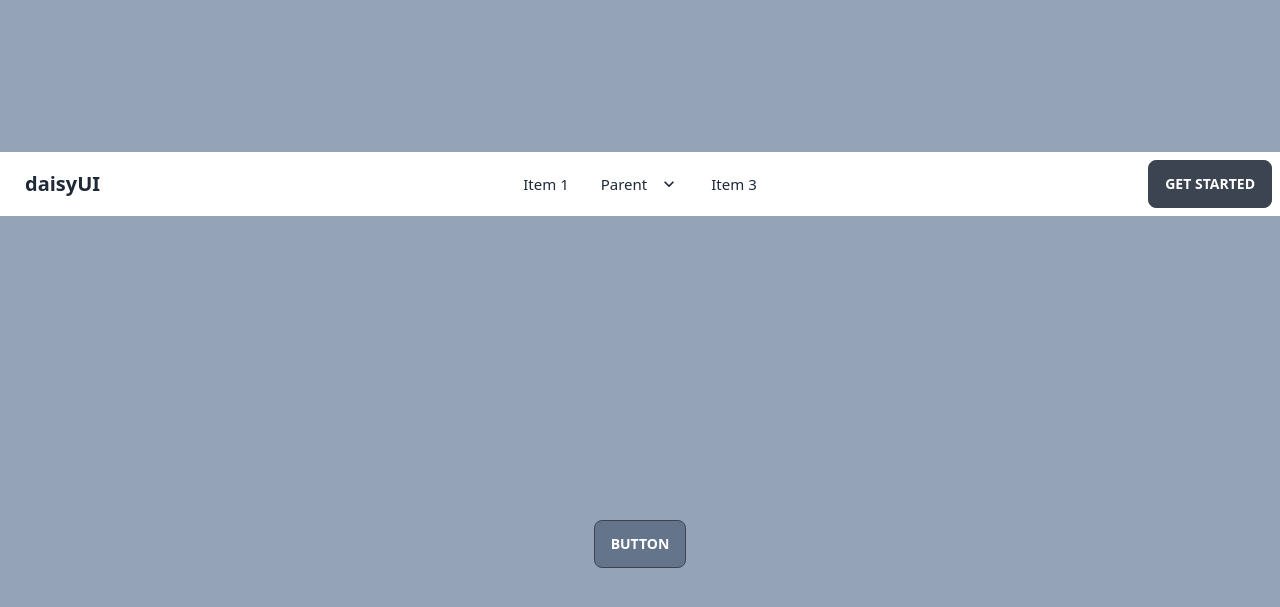
Repository: redlonely/Vue3_Playground
Page: /
The author's editor kept a copy of each file at every save. The page is drawn from the files as they stood at one save, then again after the next save.
The browser window is 1280 px wide. The pictures show the whole page.
The project was rebuilt for these pictures with package versions that can differ from the ones it lists, and the page was loaded fresh each time. Also part of the build but not shown: vite.config.ts, src/components/HelloWorld.vue, src/components/WelcomeItem.vue, src/components/icons/IconDocumentation.vue, src/components/icons/IconTooling.vue, src/components/icons/IconEcosystem.vue, src/components/icons/IconCommunity.vue, src/components/icons/IconSupport.vue and 1 more.

Above is the page before, as saved 2022-07-08 21:07:36.

### src/main.ts
import './assets/css/base.css'

import { createApp } from 'vue'
import { setupRouter } from './router'
import { setupStore } from './stores'
import App from './App.vue'
// 挂载
;(function setupApp() {
  const app = createApp(App)
  setupRouter(app)
  setupStore(app)
  app.mount('#app')
})()

### src/assets/css/base.css
@import url('./tailwindcss');

:root {
  --white: #ffffff;
}

*,
*::before,
*::after {
  margin: 0;
  box-sizing: border-box;
  font-weight: normal;
  position: relative;
}

body {
  min-height: 100vh;
  transition: color 0.5s, background-color 0.5s;
  line-height: 1.6;
  font-size: 15px;
  text-rendering: optimizeLegibility;
  -webkit-font-smoothing: antialiased;
  -moz-osx-font-smoothing: grayscale;
}

/* router view transition fade-slide */
.fade-slide-leave-active,
.fade-slide-enter-active {
  transition: all 0.3s;
}

.fade-slide-enter-from {
  opacity: 0;
  transform: translateX(-30px);
}

.fade-slide-leave-to {
  opacity: 0;
  transform: translateX(30px);
}

### src/router/index.ts
import type { App } from 'vue'
import { createRouter, createWebHistory } from 'vue-router'

import { setupRouterGuard } from './guard'
import { basicRoutes } from './routes'

// 创建路由对象
const router = createRouter({
  history: createWebHistory(import.meta.env.BASE_URL),
  routes: [],
})

// 挂载路由
export function setupRouter(app: App) {
  basicRoutes.forEach((route) => {
    !router.hasRoute(route.name) && router.addRoute(route)
  })
  app.use(router)
  setupRouterGuard(router)
}

### src/stores/index.ts
import type { App } from 'vue'
import { createPinia } from 'pinia'

import { useCounterStore } from './actions/counter'

export { useCounterStore }

export function setupStore(app: App) {
  app.use(createPinia())
}

### src/App.vue
<script setup lang="ts">
import { RouterView } from 'vue-router'
</script>

<template>

  <n-loading-bar-provider>
    <n-message-provider>
      <header>
      </header>
      <RouterView v-slot="{ Component }">
        <transition name="fade-slide">
          <component :is="Component" />
        </transition>
      </RouterView>
    </n-message-provider>
  </n-loading-bar-provider>
</template>

<style>
</style>

### src/assets/css/tailwindcss.css
@import url('tailwindcss/base');
@import url('tailwindcss/components');
@import url('tailwindcss/utilities');

### src/router/guard/index.ts
import { titleObserver } from './pageTitleObserver'
import type { Router } from 'vue-router'

export function setupRouterGuard(router: Router) {
  titleObserver(router)
  // createPermissionGuard(router)
  // createPageTitleGuard(router)
}

### src/router/routes/index.ts
export const basicRoutes = [
  {
    path: '/',
    component:() => import('@/views/HomeView.vue')
  },
  {
    name: "404",
    path: "/404",
    component: () => import("@/views/error.vue"),
    meta: {
      title: "Page 404",
    },
  },
];

### src/router/guard/pageTitleObserver.ts
import type { Router } from 'vue-router'

// const baseTitle = import.meta.env.dev.VITE_APP_TITLE
// console.log(import.meta)
// 监测页面改变，标签标题改变，
export function titleObserver(router: Router) {
  router.afterEach((to) => {
    const title = to.meta?.title
    if (title) {
      document.title = `${title} | ${''}`
    }
  })
}

### src/views/HomeView.vue
<script setup lang="ts">

import { useLoadingBar, useMessage } from 'naive-ui'
import { onMounted } from 'vue';

const $loadingBar = useLoadingBar()
const $message = useMessage()

onMounted(() => {
  $message.success('组件加载完毕', { closable: true, duration: 3000 })
})

const handelClick = () => {
  $message.success('成功')
  $loadingBar.start()
  setTimeout(() => {
    $loadingBar.finish()
  }, 2000);
}



</script>

<template>
  <div id="home" class="h-screen bg-slate-400 grid place-items-center">

    <div class="navbar bg-base-100">
      <div class="navbar-start">
        <div class="dropdown">
          <label tabindex="0" class="btn btn-ghost lg:hidden">
            <svg xmlns="http://www.w3.org/2000/svg" class="h-5 w-5" fill="none" viewBox="0 0 24 24"
              stroke="currentColor">
              <path stroke-linecap="round" stroke-linejoin="round" stroke-width="2" d="M4 6h16M4 12h8m-8 6h16" />
            </svg>
          </label>
          <ul tabindex="0" class="menu menu-compact dropdown-content mt-3 p-2 shadow bg-base-100 rounded-box w-52">
            <li><a>Item 1</a></li>
            <li tabindex="0">
              <a class="justify-between">
                Parent
                <svg class="fill-current" xmlns="http://www.w3.org/2000/svg" width="24" height="24" viewBox="0 0 24 24">
                  <path d="M8.59,16.58L13.17,12L8.59,7.41L10,6L16,12L10,18L8.59,16.58Z" />
                </svg>
              </a>
              <ul class="p-2">
                <li><a>Submenu 1</a></li>
                <li><a>Submenu 2</a></li>
              </ul>
            </li>
            <li><a>Item 3</a></li>
          </ul>
        </div>
        <a class="btn btn-ghost normal-case text-xl">daisyUI</a>
      </div>
      <div class="navbar-center hidden lg:flex">
        <ul class="menu menu-horizontal p-0">
          <li><a>Item 1</a></li>
          <li tabindex="0">
            <a>
              Parent
              <svg class="fill-current" xmlns="http://www.w3.org/2000/svg" width="20" height="20" viewBox="0 0 24 24">
                <path d="M7.41,8.58L12,13.17L16.59,8.58L18,10L12,16L6,10L7.41,8.58Z" />
              </svg>
            </a>
            <ul class="p-2">
              <li><a>Submenu 1</a></li>
              <li><a>Submenu 2</a></li>
            </ul>
          </li>
          <li><a>Item 3</a></li>
        </ul>
      </div>
      <div class="navbar-end">
        <a class="btn">Get started</a>
      </div>
    </div>

    <button @click="handelClick" class="btn bg-slate-500">Button</button>
  </div>
</template>

### tailwind.config.js
/** @type {import('tailwindcss').Config} */
module.exports = {
  purge: ['./index.html', './src/**/*.{vue,js,ts,jsx,tsx}'],
  darkMode: false, // or 'media' or 'class'
  theme: {
    extend: {},
  },
  variants: {
    extend: {},
  },
  plugins: [require("daisyui")],
}

Loaded but not shown: index.html (common file); src/stores/actions/counter.ts (common file)

After the next save:
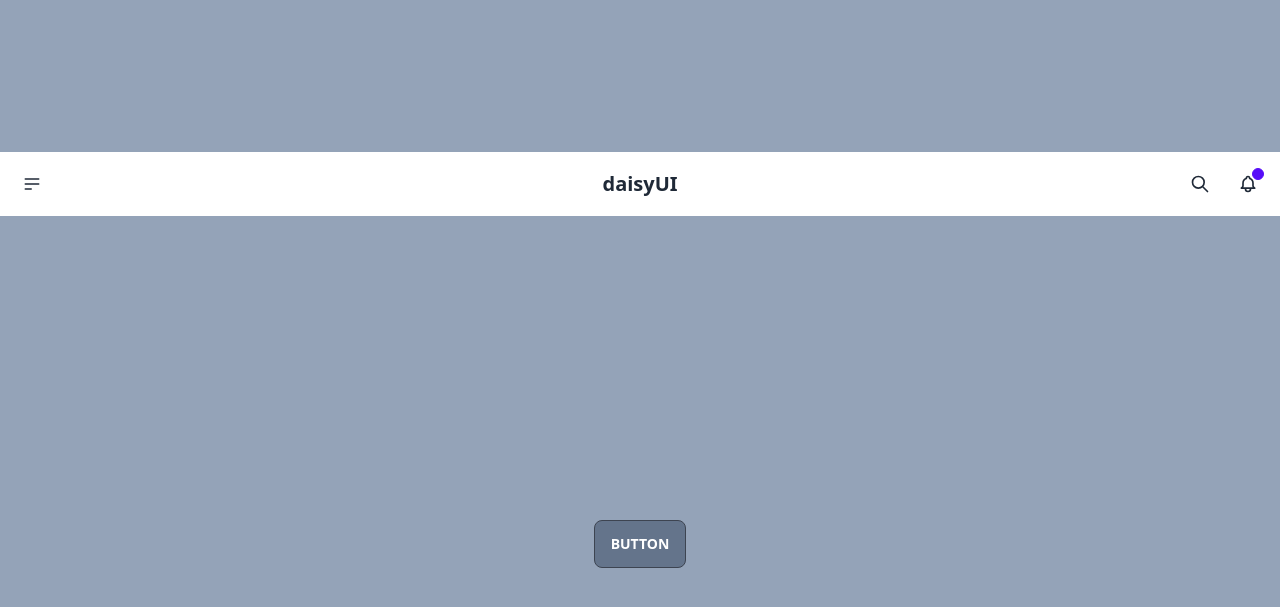
Saved 21 s later.
--- a/src/views/HomeView.vue
+++ b/src/views/HomeView.vue
@@ -28,51 +28,39 @@ const handelClick = () => {
     <div class="navbar bg-base-100">
       <div class="navbar-start">
         <div class="dropdown">
-          <label tabindex="0" class="btn btn-ghost lg:hidden">
+          <label tabindex="0" class="btn btn-ghost btn-circle">
             <svg xmlns="http://www.w3.org/2000/svg" class="h-5 w-5" fill="none" viewBox="0 0 24 24"
               stroke="currentColor">
-              <path stroke-linecap="round" stroke-linejoin="round" stroke-width="2" d="M4 6h16M4 12h8m-8 6h16" />
+              <path stroke-linecap="round" stroke-linejoin="round" stroke-width="2" d="M4 6h16M4 12h16M4 18h7" />
             </svg>
           </label>
           <ul tabindex="0" class="menu menu-compact dropdown-content mt-3 p-2 shadow bg-base-100 rounded-box w-52">
-            <li><a>Item 1</a></li>
-            <li tabindex="0">
-              <a class="justify-between">
-                Parent
-                <svg class="fill-current" xmlns="http://www.w3.org/2000/svg" width="24" height="24" viewBox="0 0 24 24">
-                  <path d="M8.59,16.58L13.17,12L8.59,7.41L10,6L16,12L10,18L8.59,16.58Z" />
-                </svg>
-              </a>
-              <ul class="p-2">
-                <li><a>Submenu 1</a></li>
-                <li><a>Submenu 2</a></li>
-              </ul>
-            </li>
-            <li><a>Item 3</a></li>
+            <li><a>Homepage</a></li>
+            <li><a>Portfolio</a></li>
+            <li><a>About</a></li>
           </ul>
         </div>
+      </div>
+      <div class="navbar-center">
         <a class="btn btn-ghost normal-case text-xl">daisyUI</a>
       </div>
-      <div class="navbar-center hidden lg:flex">
-        <ul class="menu menu-horizontal p-0">
-          <li><a>Item 1</a></li>
-          <li tabindex="0">
-            <a>
-              Parent
-              <svg class="fill-current" xmlns="http://www.w3.org/2000/svg" width="20" height="20" viewBox="0 0 24 24">
-                <path d="M7.41,8.58L12,13.17L16.59,8.58L18,10L12,16L6,10L7.41,8.58Z" />
-              </svg>
-            </a>
-            <ul class="p-2">
-              <li><a>Submenu 1</a></li>
-              <li><a>Submenu 2</a></li>
-            </ul>
-          </li>
-          <li><a>Item 3</a></li>
-        </ul>
-      </div>
       <div class="navbar-end">
-        <a class="btn">Get started</a>
+        <button class="btn btn-ghost btn-circle">
+          <svg xmlns="http://www.w3.org/2000/svg" class="h-5 w-5" fill="none" viewBox="0 0 24 24" stroke="currentColor">
+            <path stroke-linecap="round" stroke-linejoin="round" stroke-width="2"
+              d="M21 21l-6-6m2-5a7 7 0 11-14 0 7 7 0 0114 0z" />
+          </svg>
+        </button>
+        <button class="btn btn-ghost btn-circle">
+          <div class="indicator">
+            <svg xmlns="http://www.w3.org/2000/svg" class="h-5 w-5" fill="none" viewBox="0 0 24 24"
+              stroke="currentColor">
+              <path stroke-linecap="round" stroke-linejoin="round" stroke-width="2"
+                d="M15 17h5l-1.405-1.405A2.032 2.032 0 0118 14.158V11a6.002 6.002 0 00-4-5.659V5a2 2 0 10-4 0v.341C7.67 6.165 6 8.388 6 11v3.159c0 .538-.214 1.055-.595 1.436L4 17h5m6 0v1a3 3 0 11-6 0v-1m6 0H9" />
+            </svg>
+            <span class="badge badge-xs badge-primary indicator-item"></span>
+          </div>
+        </button>
       </div>
     </div>
 
